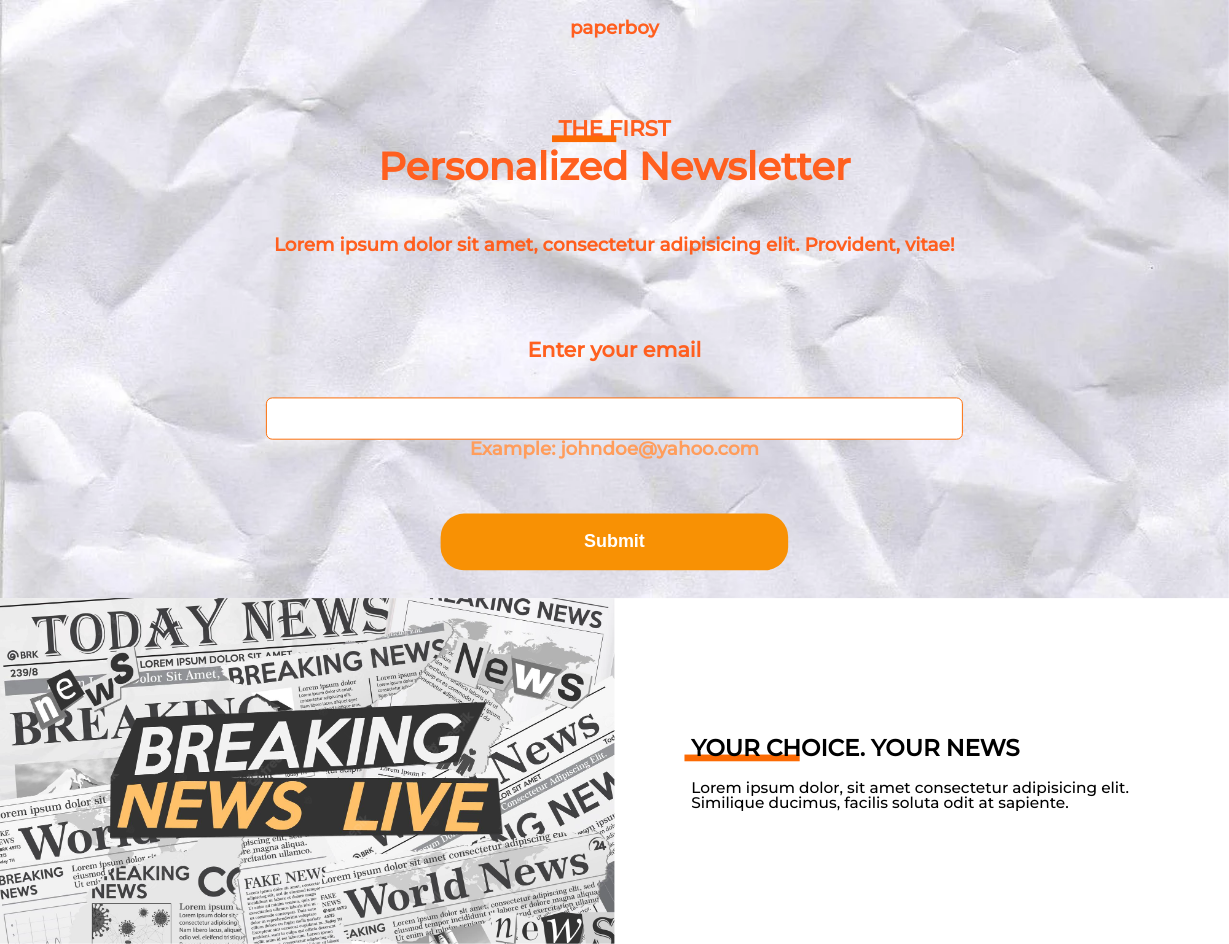
Repository: Gionnn/proiecte
Page: index.html
These files come from the project's save history. The page is drawn as it stood at one moment and after the next save; the edit follows.
The browser window is 1280 px wide. The pictures show the whole page, at 96% of full size.

Above is the page before, as saved 2022-11-28 14:43:29.

### index.html
<!DOCTYPE html>
<html lang="en">
  <head>
    <meta charset="UTF-8" />
    <meta name="viewport" content="width=device-width, initial-scale=1.0" />
    <meta http-equiv="X-UA-Compatible" content="ie=edge" />
    <link rel="stylesheet" href="css/main.css" />
    <title>Paperboy</title>
  </head>

  <body>
    <div class="hero-bg">
      <section class="top">
        <header>
          <a href="index.html">paperboy</a>
        </header>

        <h1><span>The first </span>Personalized Newsletter</h1>
        <p>
          Lorem ipsum dolor sit amet, consectetur adipisicing elit. Provident,
          vitae!
        </p>
        <div class="form-container">
          <form action="">
            <div class="form-left">
              <label for="email">Enter your email</label>
              <input type="text" name="email" id="email" />
              <p>Example: johndoe@yahoo.com</p>
            </div>
            <input type="button" value="Submit" />
          </form>
        </div>
      </section>
    </div>

    <section class="bottom">
      <div class="right-col">
        <h2>Your choice. Your news</h2>
        <p>
          Lorem ipsum dolor, sit amet consectetur adipisicing elit. Similique
          ducimus, facilis soluta odit at sapiente.
        </p>
      </div>
      <img src="images/paper.jpeg" alt="Breaking News" />
    </section>
  </body>
</html>

### css/main.css
@import url("https://fonts.googleapis.com/css2?family=Montserrat:wght@500&display=swap");

body {
  font-family: "Montserrat", sans-serif;
  margin: 0;
}

.hero-bg {
  background: url("../images/background.jpeg");
  color: #ff5f1f;
  text-align: center;
}

header {
  padding-top: 1em;
}
.hero-bg a {
  color: #ff5f1f;
  text-decoration: none;
  font-weight: bold;
  font-size: 1.2rem;
}

section {
  margin: 0 1em;
}

h1 {
  font-size: 2.5rem;
  margin: 2em 0 1.2em;
}

h1 span {
  text-transform: uppercase;
  display: block;
  font-size: 1.4rem;
  position: relative;
  z-index: 1;
}
h1 span::before {
  content: " ";
  position: absolute;
  width: 3em;
  background: #fc6a03;
  height: 0.3em;
  bottom: 0;
  z-index: -1;
  margin-left: -0.3em;
}
.hero-bg p {
  font-weight: bold;
  margin: 0 1em 3em;
  font-size: 1.2rem;
}
.form-container {
  margin: 2em -1em 0;
  padding: 2em;
}
label {
  color: #ff5f1f;
  font-weight: bold;
  display: block;
  margin-bottom: 1em;
  font-size: 1.5em;
}
input[type="text"] {
  border: 1px solid #fc6a03;
  width: 60%;
  padding: 1em;
  box-sizing: border-box;
  border-radius: 0.5em;
  margin-top: 1.2em;
}
.form-container {
  color: #ff9d5c;
  margin-bottom: 1.5em;
  font-weight: normal;
  font-size: 0.9em;
  margin-top: 0.3em;
}
input[type="button"] {
  background-color: #f89104;
  border: none;
  width: 30%;
  color: white;
  font-weight: bold;
  padding: 1em 0;
  border-radius: 1.3em;
  font-size: 1.3em;
  cursor: pointer;
}

input[type="button"]:hover {
  background-color: #c47508;
}

.bottom {
  margin: 0;
}

.right-col {
  text-align: center;
  margin: 3em 1em;
}

h2 {
  text-transform: uppercase;
  position: relative;
}

h2::before {
  content: " ";
  position: absolute;
  width: 5em;
  background: #fc6a03;
  height: 0.3em;
  bottom: 0;
  z-index: -1;
  margin-left: -0.3em;
}

img {
  width: 100%;
}

p {
  line-height: 1em;
}

@media (min-width: 730px) {
  section {
    margin: 0 4em;
  }
  .form-container {
    margin: 2em -4em 0;
  }
}

@media (min-width: 930px) {
  .bottom {
    display: grid;
    grid-template-columns: repeat(2, 50%);
    grid-template-areas: "paper content";
  }
  .right-col {
    grid-area: content;
    padding: 0 10%;
    text-align: left;
    align-self: center;
  }
  img {
    grid-area: paper;
  }
}

.top {
  animation: fadeIn 2s forwards;
}

@keyframes fadeIn {
  from {
    opacity: 0;
    transform: translateY(-2em);
  }
  to {
    opacity: 1;
    transform: translateY(0);
  }
}

After the next save:
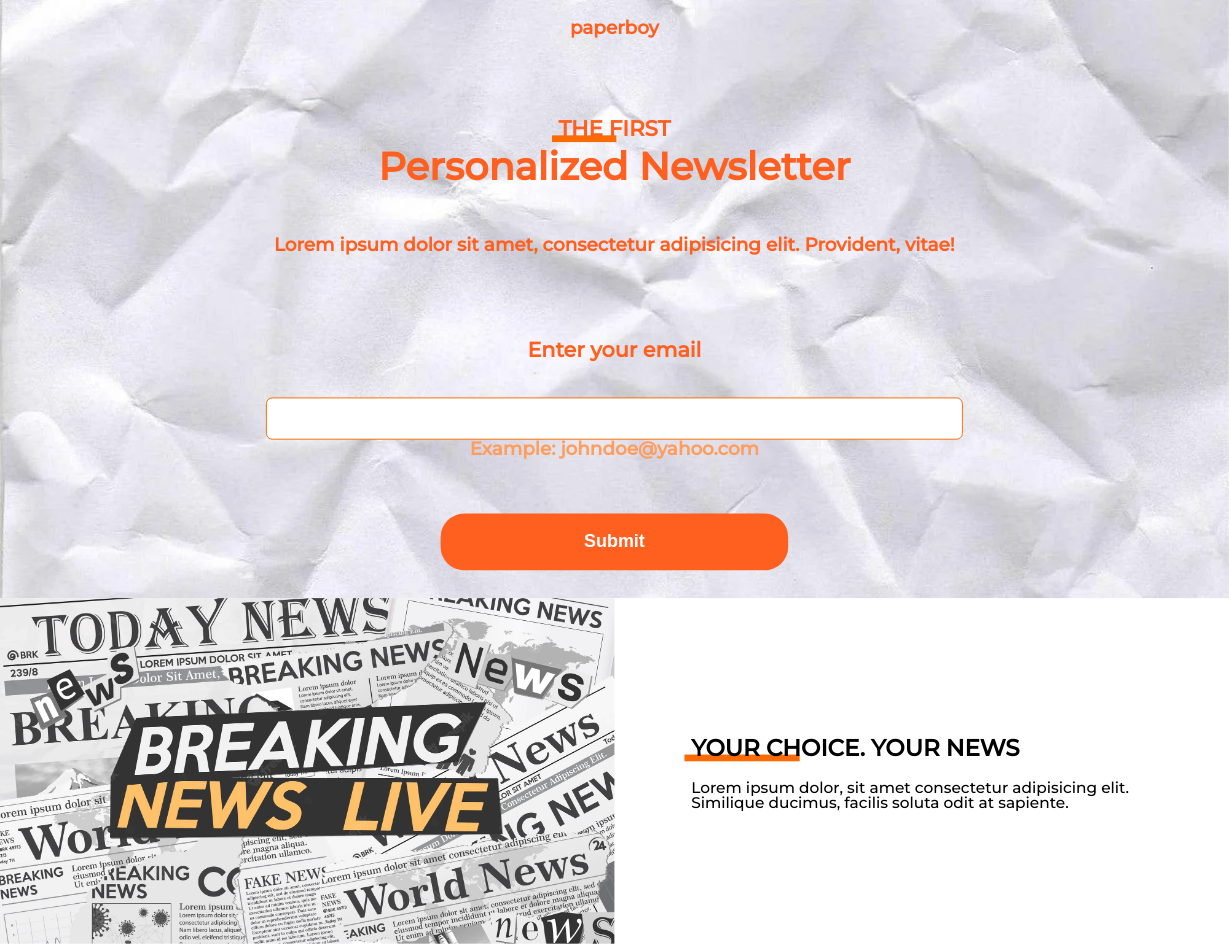
Saved 5 min 48 s later.
--- a/css/main.css
+++ b/css/main.css
@@ -79,7 +79,7 @@ input[type="text"] {
   margin-top: 0.3em;
 }
 input[type="button"] {
-  background-color: #f89104;
+  background-color: #ff5f1f;
   border: none;
   width: 30%;
   color: white;
